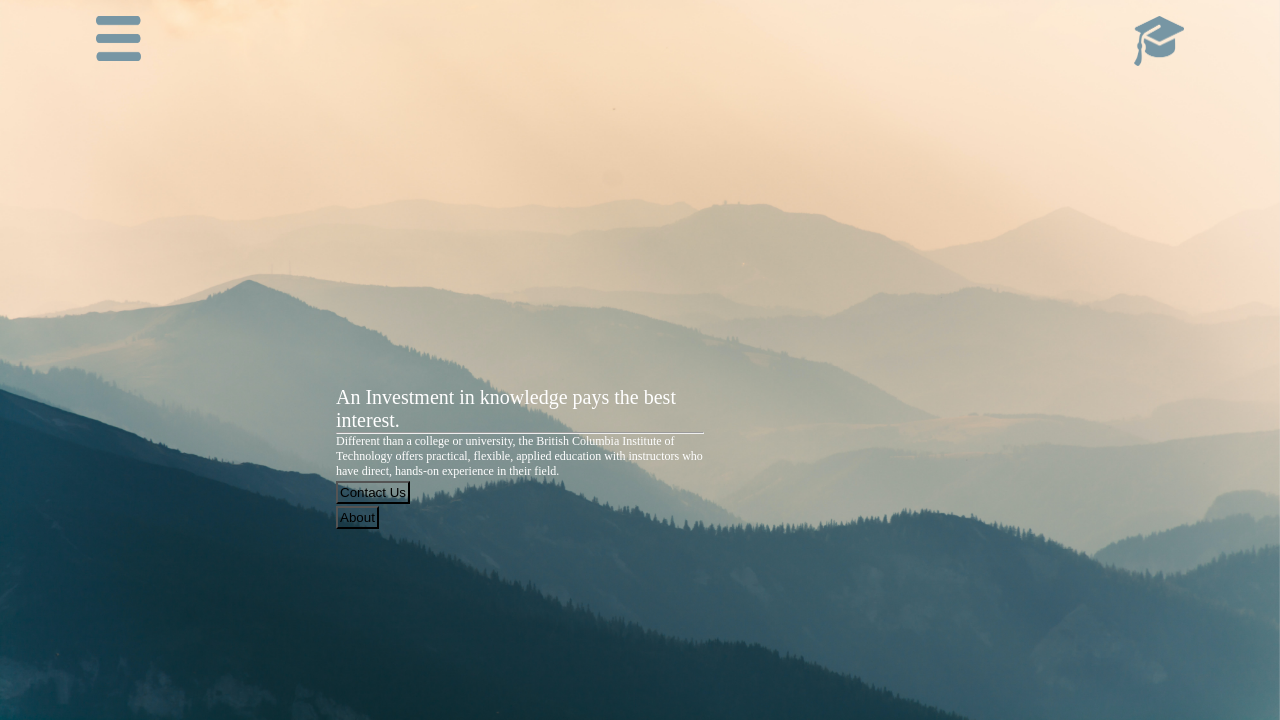
Repository: anoncoderin/assignment01-withCarousel-Madhu
Page: /
These files come from the project's save history. The page is drawn as it stood at one moment and after a run of saves; the edit follows.
The browser window is 1280 px wide. The pictures show the whole page.
The pointer rests on the first visible `button`.
The project was rebuilt for these pictures with package versions that can differ from the ones it lists, and the page was loaded fresh each time. The framework's server and built-in components were replaced by stand-ins that run in the browser. Also part of the build but not shown: next.config.js.

Above is the page before, as saved 2023-02-01 22:25:40.

### pages/index.js
import Head from 'next/head'
import Image from 'next/image'
import { Inter } from '@next/font/google'
import styles from '@/styles/Home.module.css'
import Link from 'next/link'


const inter = Inter({ subsets: ['latin'] });
const Myimage = (props) => {
  return (
    <Image src='/images/backgroundMountain.jpg' fill='true' />
  )
}


export default function Home() {
  return (
    <>
      <Head>
        <title>Create Next App</title>
        <meta name="description" content="Generated by create next app" />
        <meta name="viewport" content="width=device-width, initial-scale=1" />
        <link rel="icon" href="/favicon.ico" />
      </Head>



      <div className={styles.backimage}>
        <Image src='/images/backgroundMountain.jpg' fill='true' />
      </div>
      <main className={styles.main}>
        <div className={styles.info}>
          <div className={styles.nav}>
            <Image src='/images/icons/icons/menu-icon.png' height={45} width={45}></Image>
            <Image src='/images/favicon/favicon.png' height={50} width={50}></Image>

          </div>
          <div className={styles.container}>
            <p className={styles.info}>
              An Investment in knowledge pays the best interest.
            </p>
            <hr/>
            <p className={styles.smallp}>Different than a college or university, the British Columbia Institute of
            Technology offers practical, flexible, applied education with instructors who have direct,
            hands-on experience in their field.</p>

            <Link href="contact"><button className={styles.button}>Contact Us</button></Link>
          <Link href="about"><button className={styles.button}>About</button></Link>
          </div>
        </div>



      </main>

    </>
  )
}

### styles/Home.module.css
.main {
  display: flex;
  flex-direction: column;
  justify-content: space-between;
  padding: 1rem;
  min-height: 100vh;
}

.backimage{
  z-index: -1;
        position:fixed;
        width: 100vw;
        height: 100vh;
}

.nav{
  display: flex;
  flex-direction: row;
  justify-content: space-between;
  padding-left: 5rem;
  padding-right: 5rem;
}

.info{
  display: flex;
  flex-direction: column;
  font-family: 'Times New Roman', Times, serif;
  font-size: 20px;
  font-weight: 300;
  color: white;

}

.container{
  display: flex;
  flex-direction: column;
  padding-left: 20rem;
  padding-top: 20rem;
  padding-right: 35rem;
}

.smallp{
  font-size: 12px;
}

.button{
  padding: 2px;
  background-color: transparent;
}
button:hover{

}



/*old CSS*/

.description {
  display: inherit;
  justify-content: inherit;
  align-items: inherit;
  font-size: 0.85rem;
  max-width: var(--max-width);
  width: 100%;
  z-index: 2;
  font-family: var(--font-mono);
}

.description a {
  display: flex;
  justify-content: center;
  align-items: center;
  gap: 0.5rem;
}

.description p {
  position: relative;
  margin: 0;
  padding: 1rem;
  background-color: rgba(var(--callout-rgb), 0.5);
  border: 1px solid rgba(var(--callout-border-rgb), 0.3);
  border-radius: var(--border-radius);
}

.code {
  font-weight: 700;
  font-family: var(--font-mono);
}

.grid {
  display: grid;
  grid-template-columns: repeat(4, minmax(25%, auto));
  width: var(--max-width);
  max-width: 100%;
}

.card {
  padding: 1rem 1.2rem;
  border-radius: var(--border-radius);
  background: rgba(var(--card-rgb), 0);
  border: 1px solid rgba(var(--card-border-rgb), 0);
  transition: background 200ms, border 200ms;
}

.card span {
  display: inline-block;
  transition: transform 200ms;
}

.card h2 {
  font-weight: 600;
  margin-bottom: 0.7rem;
}

.card p {
  margin: 0;
  opacity: 0.6;
  font-size: 0.9rem;
  line-height: 1.5;
  max-width: 30ch;
}

.center {
  display: flex;
  justify-content: center;
  align-items: center;
  position: relative;
  padding: 4rem 0;
}

.center::before {
  background: var(--secondary-glow);
  border-radius: 50%;
  width: 480px;
  height: 360px;
  margin-left: -400px;
}

.center::after {
  background: var(--primary-glow);
  width: 240px;
  height: 180px;
  z-index: -1;
}

.center::before,
.center::after {
  content: '';
  left: 50%;
  position: absolute;
  filter: blur(45px);
  transform: translateZ(0);
}

.logo,
.thirteen {
  position: relative;
}

.thirteen {
  display: flex;
  justify-content: center;
  align-items: center;
  width: 75px;
  height: 75px;
  padding: 25px 10px;
  margin-left: 16px;
  transform: translateZ(0);
  border-radius: var(--border-radius);
  overflow: hidden;
  box-shadow: 0px 2px 8px -1px #0000001a;
}

.thirteen::before,
.thirteen::after {
  content: '';
  position: absolute;
  z-index: -1;
}

/* Conic Gradient Animation */
.thirteen::before {
  animation: 6s rotate linear infinite;
  width: 200%;
  height: 200%;
  background: var(--tile-border);
}

/* Inner Square */
.thirteen::after {
  inset: 0;
  padding: 1px;
  border-radius: var(--border-radius);
  background: linear-gradient(
    to bottom right,
    rgba(var(--tile-start-rgb), 1),
    rgba(var(--tile-end-rgb), 1)
  );
  background-clip: content-box;
}

/* Enable hover only on non-touch devices */
@media (hover: hover) and (pointer: fine) {
  .card:hover {
    background: rgba(var(--card-rgb), 0.1);
    border: 1px solid rgba(var(--card-border-rgb), 0.15);
  }

  .card:hover span {
    transform: translateX(4px);
  }
}

@media (prefers-reduced-motion) {
  .thirteen::before {
    animation: none;
  }

  .card:hover span {
    transform: none;
  }
}

/* Mobile */
@media (max-width: 700px) {
  .content {
    padding: 4rem;
  }

  .grid {
    grid-template-columns: 1fr;
    margin-bottom: 120px;
    max-width: 320px;
    text-align: center;
  }

  .card {
    padding: 1rem 2.5rem;
  }

  .card h2 {
    margin-bottom: 0.5rem;
  }

  .center {
    padding: 8rem 0 6rem;
  }

  .center::before {
    transform: none;
    height: 300px;
  }

  .description {
    font-size: 0.8rem;
  }

  .description a {
    padding: 1rem;
  }

  .description p,
  .description div {
    display: flex;
    justify-content: center;
    position: fixed;
    width: 100%;
  }

  .description p {
    align-items: center;
    inset: 0 0 auto;
    padding: 2rem 1rem 1.4rem;
    border-radius: 0;
    border: none;
    border-bottom: 1px solid rgba(var(--callout-border-rgb), 0.25);
    background: linear-gradient(
      to bottom,
      rgba(var(--background-start-rgb), 1),
      rgba(var(--callout-rgb), 0.5)
    );
    background-clip: padding-box;
    backdrop-filter: blur(24px);
  }

  .description div {
    align-items: flex-end;
    pointer-events: none;
    inset: auto 0 0;
    padding: 2rem;
    height: 200px;
    background: linear-gradient(
      to bottom,
      transparent 0%,
      rgb(var(--background-end-rgb)) 40%
    );
    z-index: 1;
  }
}

/* Tablet and Smaller Desktop */
@media (min-width: 701px) and (max-width: 1120px) {
  .grid {
    grid-template-columns: repeat(2, 50%);
  }
}

@media (prefers-color-scheme: dark) {
  .vercelLogo {
    filter: invert(1);
  }

  .logo,
  .thirteen img {
    filter: invert(1) drop-shadow(0 0 0.3rem #ffffff70);
  }
}

@keyframes rotate {
  from {
    transform: rotate(360deg);
  }
  to {
    transform: rotate(0deg);
  }
}

Loaded but not shown: pages/_app.js (common file); pages/_document.js (common file); styles/globals.css (common file)

After the next 3 saves:
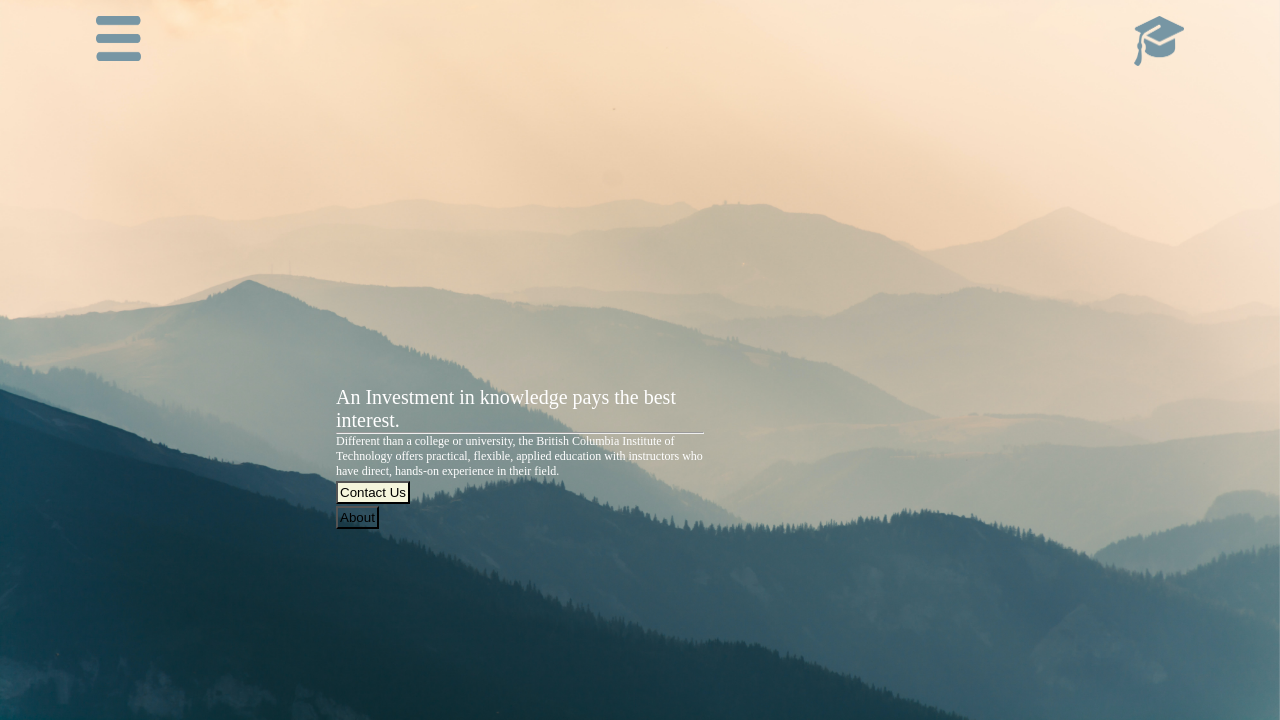
The 3 saves are shown as one change because they came seconds apart.
The last was saved 8 s later.
--- a/styles/Home.module.css
+++ b/styles/Home.module.css
@@ -48,7 +48,7 @@
   background-color: transparent;
 }
 button:hover{
-
+  background-color: beige;
 }
 
 
